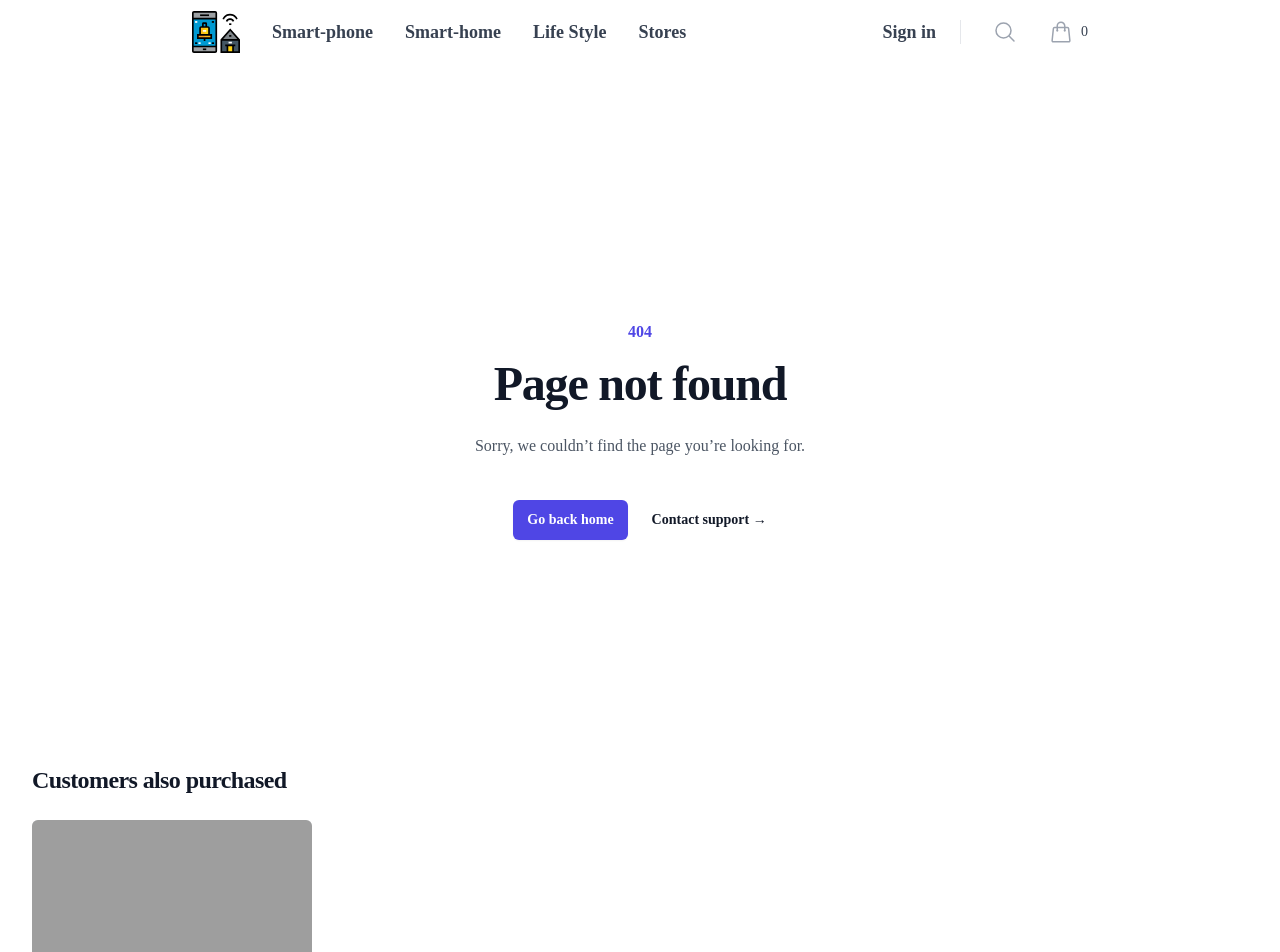
Repository: Gunplay/Smart-Home
Page: /
The author's editor kept a copy of each file at every save. The page is drawn from the files as they stood at one save, then again after the next save.
The browser window is 1280 px wide. The pictures show the part of the page from y = 0 to 952 px (the page is 1912 px tall).
Pictures or frames that could not be fetched are drawn as grey boxes. The project was rebuilt for these pictures with package versions that can differ from the ones it lists, and the page was loaded fresh each time. Also part of the build but not shown: vite.config.js, vite.config.ts.

Above is the page before, as saved 2024-06-21 12:49:55.

### index.html
<!doctype html>
<html lang="en">

<head>
  <meta charset="UTF-8" />
  <link rel="icon" type="image/svg+xml" href="./src/assets/smart-home-svgrepo-com.svg" />
  <meta name="viewport" content="width=device-width, initial-scale=1.0" />
  <title>Smart-Home</title>
  <link real='stylesheet' href='src/style.css'>
</head>

<body>
  <div id="root"></div>

  <script type="module" src="/src/main.tsx"></script>
</body>

</html>

### src/main.tsx
import React from 'react';
import ReactDOM from 'react-dom/client';
import { BrowserRouter as Router } from 'react-router-dom';
import App from './App.tsx';
import './css/style.css';

ReactDOM.createRoot(document.getElementById('root')!).render(
	<React.StrictMode>
		<Router>
			<App />
		</Router>
	</React.StrictMode>
);

### src/App.tsx
// import { useState } from 'react';

// import reactLogo from './assets/react.svg';
// import viteLogo from '/vite.svg';
import AboutUs from './components/AboutUs';
import Carousel from './components/Carousel';
import Header from './components/Header';
import PageNotFound from './components/Page404';
import ProductsList from './components/ProductsList';

function App() {
	return (
		<>
			<div className='mr-[3.75rem] pt-[4.75rem] lg:pt-[5.25rem] overflow-hidden'>
				<Header />
			</div>
			<Carousel />
			<PageNotFound />

			<ProductsList />
			<AboutUs />
		</>
	);
}

export default App;

### src/components/AboutUs/index.tsx
const links = [
	{ name: 'Open roles', href: '#' },
	{ name: 'Internship program', href: '#' },
	{ name: 'Our values', href: '#' },
	{ name: 'Meet our leadership', href: '#' },
];
const stats = [
	{ name: 'Offices worldwide', value: '12' },
	{ name: 'Full-time colleagues', value: '300+' },
	{ name: 'Hours per week', value: '40' },
	{ name: 'Paid time off', value: 'Unlimited' },
];

export default function AboutUs() {
	return (
		<div className='relative isolate overflow-hidden bg-gray-900 py-24 sm:py-32'>
			<img
				src='https://images.unsplash.com/photo-1521737604893-d14cc237f11d?ixlib=rb-4.0.3&ixid=MnwxMjA3fDB8MHxwaG90by1wYWdlfHx8fGVufDB8fHx8&auto=format&fit=crop&crop=focalpoint&fp-y=.8&w=2830&h=1500&q=80&blend=111827&sat=-100&exp=15&blend-mode=multiply'
				alt=''
				className='absolute inset-0 -z-10 h-full w-full object-cover object-right md:object-center'
			/>
			<div
				className='hidden sm:absolute sm:-top-10 sm:right-1/2 sm:-z-10 sm:mr-10 sm:block sm:transform-gpu sm:blur-3xl'
				aria-hidden='true'
			>
				<div
					className='aspect-[1097/845] w-[68.5625rem] bg-gradient-to-tr from-[#ff4694] to-[#776fff] opacity-20'
					style={{
						clipPath:
							'polygon(74.1% 44.1%, 100% 61.6%, 97.5% 26.9%, 85.5% 0.1%, 80.7% 2%, 72.5% 32.5%, 60.2% 62.4%, 52.4% 68.1%, 47.5% 58.3%, 45.2% 34.5%, 27.5% 76.7%, 0.1% 64.9%, 17.9% 100%, 27.6% 76.8%, 76.1% 97.7%, 74.1% 44.1%)',
					}}
				/>
			</div>
			<div
				className='absolute -top-52 left-1/2 -z-10 -translate-x-1/2 transform-gpu blur-3xl sm:top-[-28rem] sm:ml-16 sm:translate-x-0 sm:transform-gpu'
				aria-hidden='true'
			>
				<div
					className='aspect-[1097/845] w-[68.5625rem] bg-gradient-to-tr from-[#ff4694] to-[#776fff] opacity-20'
					style={{
						clipPath:
							'polygon(74.1% 44.1%, 100% 61.6%, 97.5% 26.9%, 85.5% 0.1%, 80.7% 2%, 72.5% 32.5%, 60.2% 62.4%, 52.4% 68.1%, 47.5% 58.3%, 45.2% 34.5%, 27.5% 76.7%, 0.1% 64.9%, 17.9% 100%, 27.6% 76.8%, 76.1% 97.7%, 74.1% 44.1%)',
					}}
				/>
			</div>
			<div className='mx-auto max-w-7xl px-6 lg:px-8'>
				<div className='mx-auto max-w-2xl lg:mx-0'>
					<h2 className='text-4xl font-bold tracking-tight text-white sm:text-6xl'>
						Work with us
					</h2>
					<p className='mt-6 text-lg leading-8 text-gray-300'>
						Anim aute id magna aliqua ad ad non deserunt sunt. Qui irure qui
						lorem cupidatat commodo. Elit sunt amet fugiat veniam occaecat
						fugiat aliqua.
					</p>
				</div>
				<div className='mx-auto mt-10 max-w-2xl lg:mx-0 lg:max-w-none'>
					<div className='grid grid-cols-1 gap-x-8 gap-y-6 text-base font-semibold leading-7 text-white sm:grid-cols-2 md:flex lg:gap-x-10'>
						{links.map(link => (
							<a key={link.name} href={link.href}>
								{link.name} <span aria-hidden='true'>&rarr;</span>
							</a>
						))}
					</div>
					<dl className='mt-16 grid grid-cols-1 gap-8 sm:mt-20 sm:grid-cols-2 lg:grid-cols-4'>
						{stats.map(stat => (
							<div key={stat.name} className='flex flex-col-reverse'>
								<dt className='text-base leading-7 text-gray-300'>
									{stat.name}
								</dt>
								<dd className='text-2xl font-bold leading-9 tracking-tight text-white'>
									{stat.value}
								</dd>
							</div>
						))}
					</dl>
				</div>
			</div>
		</div>
	);
}

### src/components/Carousel/index.tsx
import slideOne from '/src/assets/slider-1.jpg';
import slideTwo from '/src/assets/slider-2.jpg';
import slideThree from '/src/assets/slider-3.jpg';

const slides = [
	{
		url: slideOne,
	},
	{
		url: slideTwo,
	},
	{
		url: slideThree,
	},
];
const Carousel = () => {
	return (
		<div className='max-w-[1400px] h-[780px] w-full m-auto py-16 px-4 relative'>
			<div
				style={{ backgroundImage: `url(${slides[2].url})` }}
				className='w-full h-full rounded-2xl bg-center bg-cover duration-500'
			></div>
		</div>
	);
};

export default Carousel;

### src/components/Page404/index.tsx
export default function PageNotFound() {
	return (
		<>
			{/*
        This example requires updating your template:

        ```
        <html class="h-full">
        <body class="h-full">
        ```
      */}
			<main className='grid min-h-full place-items-center bg-white px-6 py-24 sm:py-32 lg:px-8'>
				<div className='text-center'>
					<p className='text-base font-semibold text-indigo-600'>404</p>
					<h1 className='mt-4 text-3xl font-bold tracking-tight text-gray-900 sm:text-5xl'>
						Page not found
					</h1>
					<p className='mt-6 text-base leading-7 text-gray-600'>
						Sorry, we couldn’t find the page you’re looking for.
					</p>
					<div className='mt-10 flex items-center justify-center gap-x-6'>
						<a
							href='#'
							className='rounded-md bg-indigo-600 px-3.5 py-2.5 text-sm font-semibold text-white shadow-sm hover:bg-indigo-500 focus-visible:outline focus-visible:outline-2 focus-visible:outline-offset-2 focus-visible:outline-indigo-600'
						>
							Go back home
						</a>
						<a href='#' className='text-sm font-semibold text-gray-900'>
							Contact support <span aria-hidden='true'>&rarr;</span>
						</a>
					</div>
				</div>
			</main>
		</>
	);
}

### src/components/ProductsList/index.tsx
/*
  This example requires some changes to your config:

  ```
  // tailwind.config.js
  module.exports = {
    // ...
    plugins: [
      // ...
      require('@tailwindcss/aspect-ratio'),
    ],
  }
  ```
*/
const products = [
	{
		id: 1,
		name: 'Basic Tee',
		href: '#',
		imageSrc:
			'https://tailwindui.com/img/ecommerce-images/product-page-01-related-product-01.jpg',
		imageAlt: "Front of men's Basic Tee in black.",
		price: '$35',
		color: 'Black',
	},
	// More products...
];

export default function ProductsList() {
	return (
		<div className='bg-white'>
			<div className='mx-auto max-w-2xl px-4 py-16 sm:px-6 sm:py-24 lg:max-w-7xl lg:px-8'>
				<h2 className='text-2xl font-bold tracking-tight text-gray-900'>
					Customers also purchased
				</h2>

				<div className='mt-6 grid grid-cols-1 gap-x-6 gap-y-10 sm:grid-cols-2 lg:grid-cols-4 xl:gap-x-8'>
					{products.map(product => (
						<div key={product.id} className='group relative'>
							<div className='aspect-h-1 aspect-w-1 w-full overflow-hidden rounded-md bg-gray-200 lg:aspect-none group-hover:opacity-75 lg:h-80'>
								<img
									src={product.imageSrc}
									alt={product.imageAlt}
									className='h-full w-full object-cover object-center lg:h-full lg:w-full'
								/>
							</div>
							<div className='mt-4 flex justify-between'>
								<div>
									<h3 className='text-sm text-gray-700'>
										<a href={product.href}>
											<span aria-hidden='true' className='absolute inset-0' />
											{product.name}
										</a>
									</h3>
									<p className='mt-1 text-sm text-gray-500'>{product.color}</p>
								</div>
								<p className='text-sm font-medium text-gray-900'>
									{product.price}
								</p>
							</div>
						</div>
					))}
				</div>
			</div>
		</div>
	);
}

Loaded but not shown: src/css/style.css (1876 lines, source omitted); src/components/Header/index.tsx (554 lines, source omitted)

After the next save:
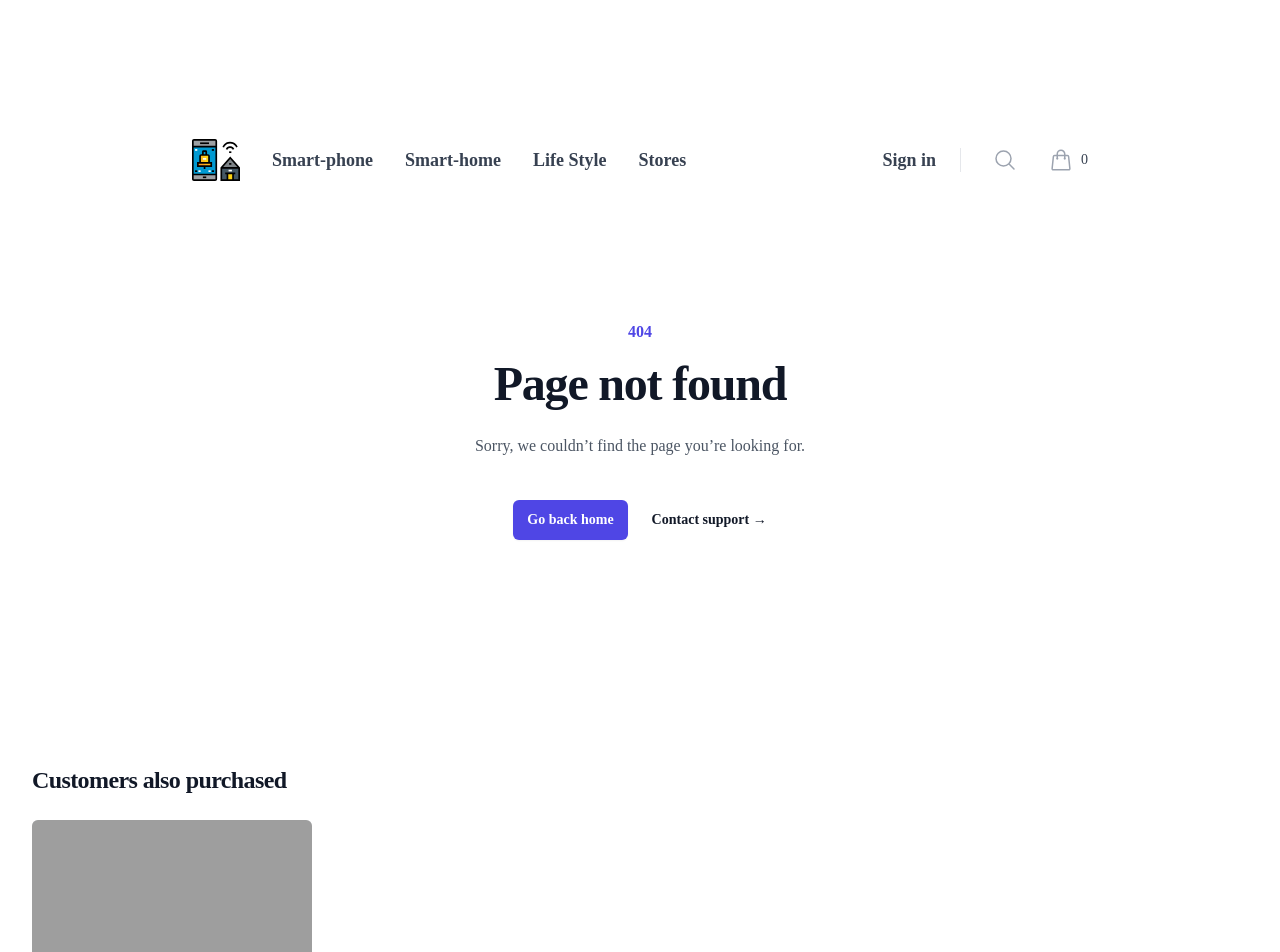
Saved 27 s later.
--- a/src/App.tsx
+++ b/src/App.tsx
@@ -11,10 +11,10 @@
 function App() {
 	return (
 		<>
+			<Carousel />
 			<div className='mr-[3.75rem] pt-[4.75rem] lg:pt-[5.25rem] overflow-hidden'>
 				<Header />
 			</div>
-			<Carousel />
 			<PageNotFound />
 
 			<ProductsList />

After the 2 saves that followed:
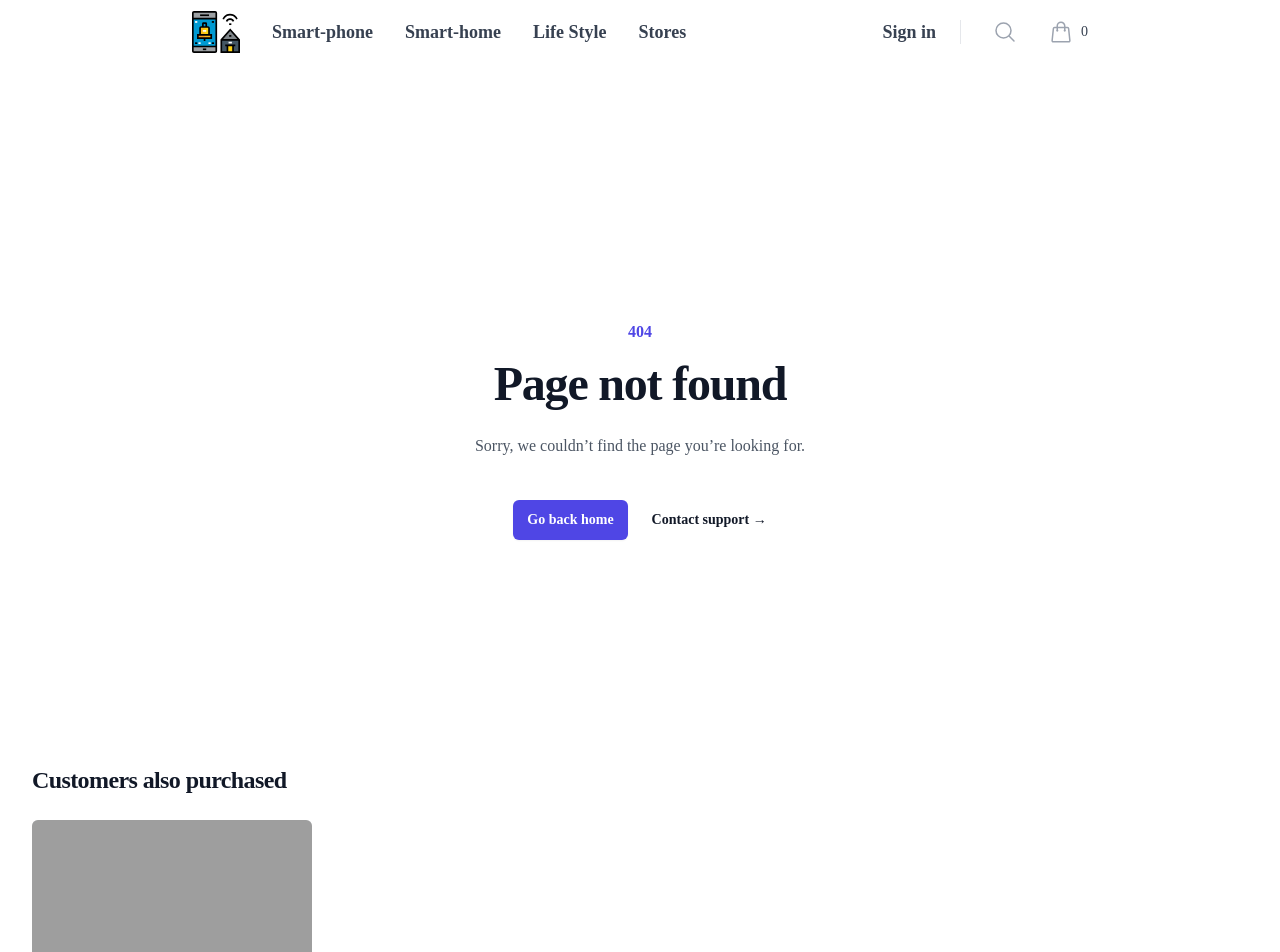
The 2 saves are shown as one change because 1 left the picture as it was.
The last was saved 25 s later.
--- a/src/App.tsx
+++ b/src/App.tsx
@@ -11,9 +11,9 @@
 function App() {
 	return (
 		<>
-			<Carousel />
 			<div className='mr-[3.75rem] pt-[4.75rem] lg:pt-[5.25rem] overflow-hidden'>
 				<Header />
+				<Carousel />
 			</div>
 			<PageNotFound />
 
